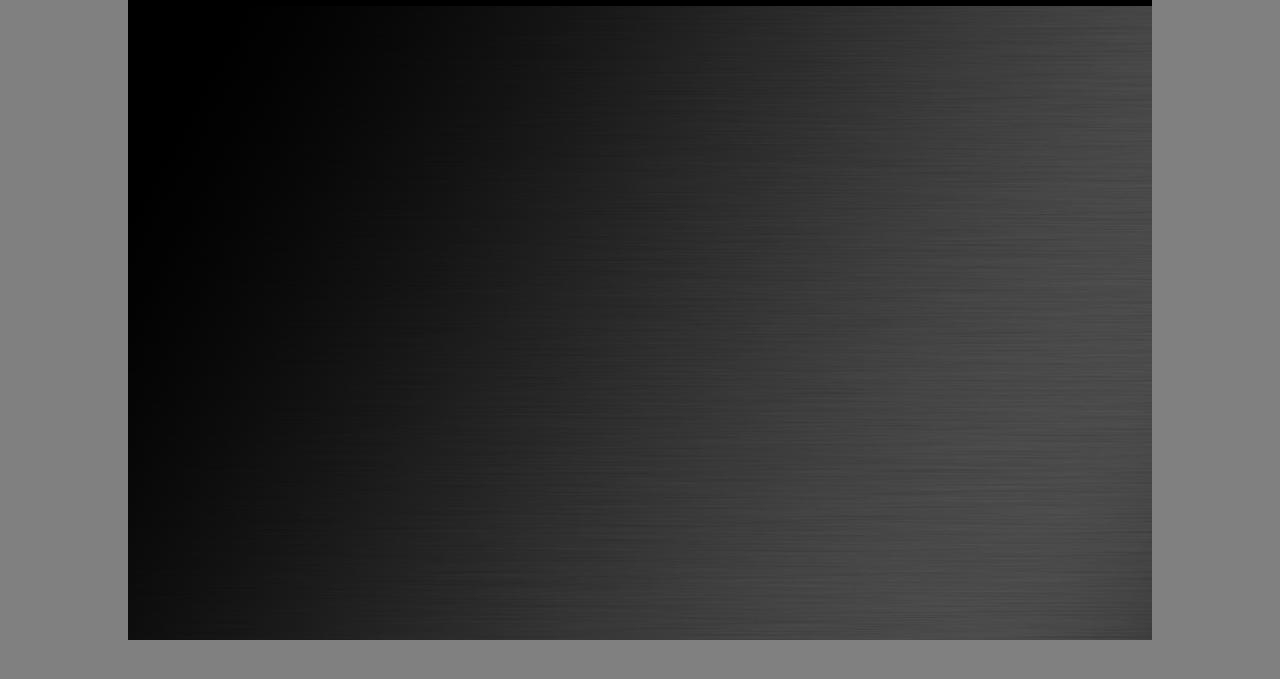
Repository: vr222bt/1dv403-laborationer
Page: 5-pwd/index.html
The author's editor kept a record of every edit. The page is drawn from the files as they stood at one moment, then again after the next edit.
The browser window is 1280 px wide. The pictures show the whole page.

Above is the page before.

### 5-pwd/index.html
<!doctype html>
<html>
    <head>
        <meta charset="utf-8" />
        <title>Personal Web Desktop</title>
        <link rel="stylesheet" href="style.css" />
    </head>
    <body>
        <div id="container">
            <main>
                <div>

                </div>
                <div id="bar">

                </div>
            </main>

        </div>
         <!--<script type="text/javascript" src=""></script> -->
    </body>
</html>

### 5-pwd/style.css
body
        {
            margin-top: 0px;
        }

#container
        {
            height: 640px;
            width: 1024px;
            margin-left: auto;
            margin-right: auto;
        	background-image: url("pics/Black-Background.jpeg");
        }

#desk
        {
            height: 600px;
        }

#bar
        {
            position: relative;
            height: 34px;
            border-top-color: black;
            border-top-style: solid;
            border-top-width: 6px;
        }

#bar img
        {
            position: absolute;
            bottom: 2px;
            height: 28px;
            padding-top: 2px;
            padding-left:2px;
            transition: height 0.5s ease-in-out;
        }

#bar img:hover
        {
            height: 40px;

        }

body
        {

            background-color: gray;
        }

/* Window */

.window
        {
            height: 300px;
            width: 180px;
            position: relative;
            top: 50px;
            left: 50px;


        }

.window header
        {
            background-color: SteelBlue;
            height: 30px;
            border-top-left-radius: 5px;
            border-top-right-radius: 5px;
            border-top: 5px solid;
            border-color: SteelBlue;
        }
.window header img
        {

            height: 15px;
            padding-left: 4px;
            padding-right: 4px;
        }
.icon
        {
            float: left;
        }

.close
        {
            float: right;
        }

.window header p
        {
            margin: 0;
            font-size: 12px;
        }

.window main
        {
            background-color: gray;
            height:83.3333333333%;

        }

.window footer
        {
            background-color: SteelBlue;
            height: 20px;
            border-bottom-left-radius: 5px;
            border-bottom-right-radius: 5px;
            border-bottom: 5px solid;
            border-color: SteelBlue;
        }

.window footer img
        {
            height: 15px;
            padding-top: 5px;
            padding-bottom: 5px;
            padding-left: 5px;
        }

.hide
        {
            display: none;
        }

After the next edit:
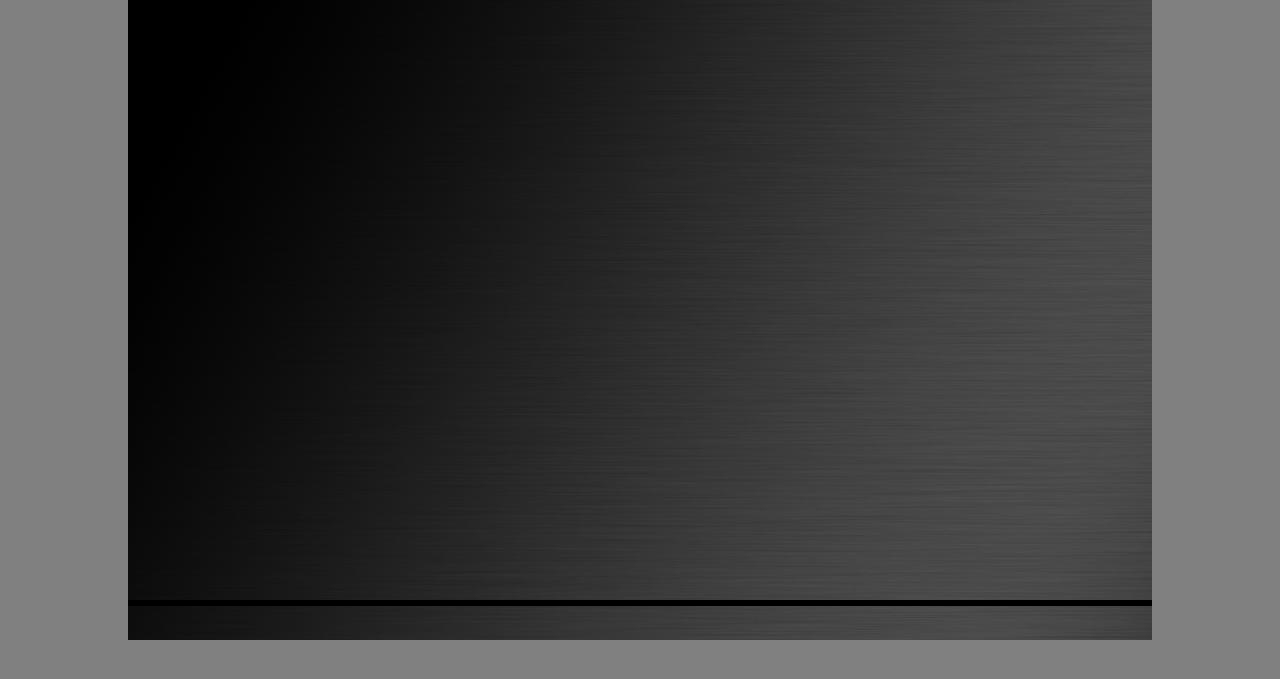
The edit:
--- a/5-pwd/index.html
+++ b/5-pwd/index.html
@@ -8,7 +8,7 @@
     <body>
         <div id="container">
             <main>
-                <div>
+                <div id="desk">
 
                 </div>
                 <div id="bar">
